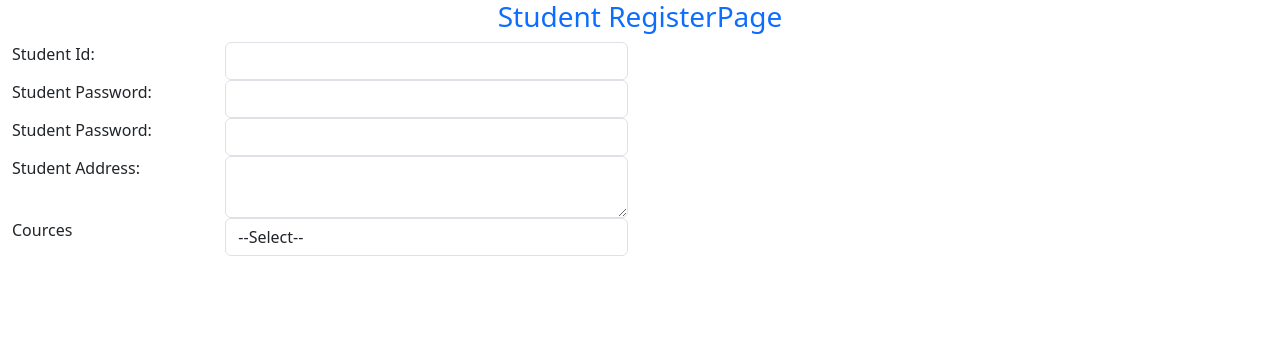
Repository: speaktwojitendra/WareHouseApp
Page: http://localhost/StudentRegister
An editor plug-in stored every save of this project. The page is shown before and after the next save, followed by the edit.
The browser window is 1280 px wide. The pictures show the whole page.
The page is this project's Thymeleaf template; nobody is signed in. The template is opened directly, without the code that normally fills it, so the values that code supplies are empty.

Above is the page before, as saved 2026-01-11 09:50:44.

### student1App/src/main/resources/templates/StudentRegister.html
<!DOCTYPE html>
<html>
<head>
<meta charset="UTF-8">
<link rel="stylesheet" href="https://cdn.jsdelivr.net/npm/bootstrap@5.3.3/dist/css/bootstrap.min.css" integrity="sha384-QWTKZyjpPEjISv5WaRU9OFeRpok6YctnYmDr5pNlyT2bRjXh0JMhjY6hW+ALEwIH" crossorigin="anonymous">
<title>Insert title here</title>
</head>
<body>
<h3  class="text-center text-primary">Student RegisterPage</h3>

<div class="container-fluid">

<div class="row">
<div class="col-2">Student Id:</div>
<div class="col-4"> <input type="text" name="id" class="form-control">  </div>
<div class="col-6" id="iderr"></div>

</div>



<div class="row">
<div class="col-2">Student Password:</div>
<div class="col-4"> <input type="text" name="password" class="form-control">  </div>
<div class="col-6" id="passerr"></div>

</div>


<div class="row">
<div class="col-2">Student Password:</div>
<div class="col-4"> <input type="text" name="name" class="form-control">  </div>
<div class="col-6" id="nameerr"></div>

</div>


<div class="row">
<div class="col-2">Student Address:</div>
<div class="col-4"> <textarea rows="" cols="" name="address" class="form-control"></textarea>  </div>
<div class="col-6" id="iderr"></div></div>


<div class="row">
<div class="col-2">Cources</div>
<div class="col-4"> <select name="cource" class="form-control">
<option value="-1">--Select--</option>
<option value="Java">Java</option>
<option value=".Net">.Net</option>
<option value="UI">Ui</option>
<option value="Python">Python</option>

</select> </div>
<div class="col-6" id="iderr"></div></div>



</div>
</body>
</html>

After the next save:
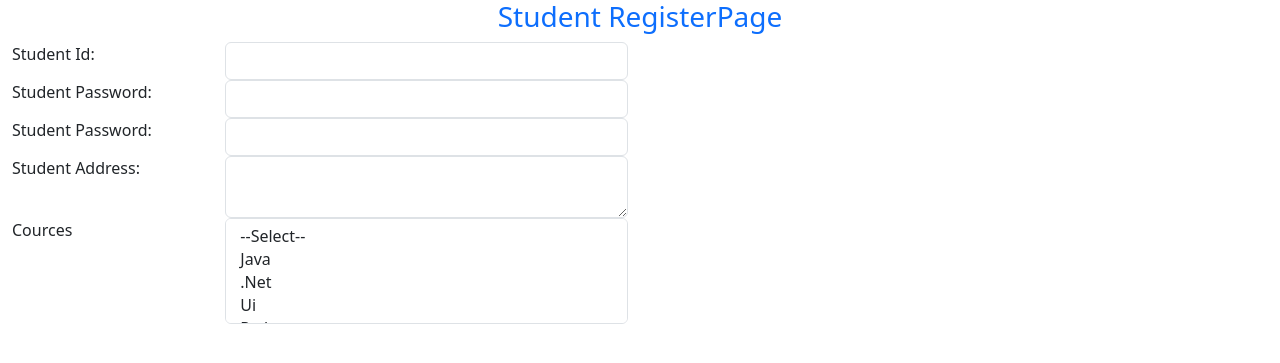
Saved 68 s later.
--- a/student1App/src/main/resources/templates/StudentRegister.html
+++ b/student1App/src/main/resources/templates/StudentRegister.html
@@ -43,7 +43,7 @@
 
 <div class="row">
 <div class="col-2">Cources</div>
-<div class="col-4"> <select name="cource" class="form-control">
+<div class="col-4"> <select name="cource" class="form-control" multiple="multiple">
 <option value="-1">--Select--</option>
 <option value="Java">Java</option>
 <option value=".Net">.Net</option>

After the save that followed:
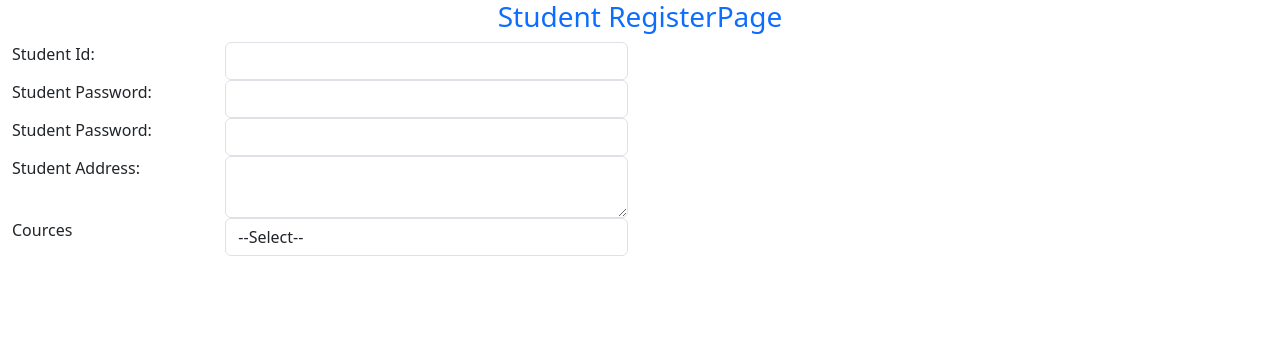
Saved 46 s later.
--- a/student1App/src/main/resources/templates/StudentRegister.html
+++ b/student1App/src/main/resources/templates/StudentRegister.html
@@ -43,7 +43,7 @@
 
 <div class="row">
 <div class="col-2">Cources</div>
-<div class="col-4"> <select name="cource" class="form-control" multiple="multiple">
+<div class="col-4"> <select name="cource" class="form-control" >
 <option value="-1">--Select--</option>
 <option value="Java">Java</option>
 <option value=".Net">.Net</option>
